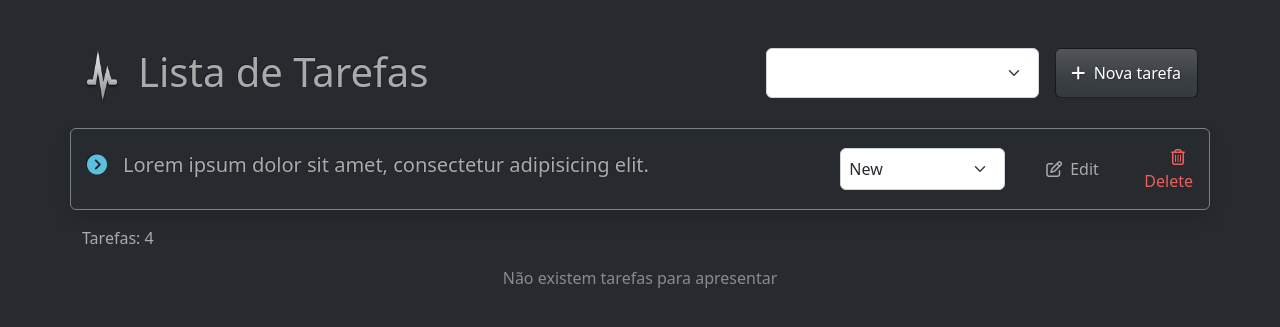
Repository: cargugati/lista_tarefas
Page: frontEnd/index.html
An editor plug-in stored every save of this project. The page is shown before and after the next save, followed by the edit.
The browser window is 1280 px wide. The pictures show the whole page.

Above is the page before, as saved 2023-03-18 23:08:50.

### frontEnd/index.html
<!DOCTYPE html>
<html lang="pt-br">

<head>
  <meta charset="UTF-8">
  <meta http-equiv="X-UA-Compatible" content="IE=edge">
  <meta name="viewport" content="width=device-width, initial-scale=1.0">
  <title>Lista de Tarefas</title>
  <link rel="stylesheet" href="./assets/css/bootstrap.min.css">
  <link rel="stylesheet" href="./assets/fontawesome/css/all.min.css">
  <link rel="shortcut icon" href="./assets/images/favicon.png" type="image/png">
</head>

<body>
  <div class="container my-5">

    <!-- cabeçalho -->
    <div class="row mb-4">
      <div class="col">
        <div class="d-flex justify-content-start">
          <img src="./assets/images/favicon.png" alt="Logo" class="img-fluid me-3" width="40px">
          <h1>Lista de Tarefas</h1>
        </div>

      </div>
      <div class="col text-end">
        <div class="d-flex justify-content-end">
          <select id="select_filter" class="form-select w-50 p-2 me-3">
            <option value=""></option>
            <option value="1">filtro 1</option>
          </select>
          <a href="new_task.html" class="btn btn-primary"><i class="fa-solid fa-plus me-2"></i>Nova tarefa</a>
        </div>
      </div>
    </div>

    <!-- aspecto visual de uma tarefa -->
    <div class="row mb-3">
      <div class="col-12 border border-secondary rounded p-3 shadow">
        <div class="row align-items-center">
          <div class="col-8">
            <div class="d-flex align-items-center">
              <h5 class="me-3 text-info"> <i class="fa-solid fa-circle-chevron-right"></i> </h5>
              <h5>Lorem ipsum dolor sit amet, consectetur adipisicing elit.</h5>
            </div>
          </div>
          <div class="col-2">
            <select id="task_status" class="form-select p-2">
              <option value="new">New</option>
              <option value="in progress">In progress</option>
              <option value="canceled">Canceled</option>
              <option value="done">Done</option>
            </select>
          </div>
          <div class="col-1 text-end"><i class="fa-regular fa-pen-to-square me-2"></i>Edit</div>
          <div class="col-1 text-end text-danger"><i class="fa-regular fa-trash-can me-2"></i>Delete</div>
        </div>
      </div>
    </div>

    <!-- total tarefas -->
    <div class="row">
      <div class="col">
        <p>Tarefas: <span>4</span></p>
      </div>
    </div>

    <!-- sem tarefa -->
    <div class="row " id="no_tasks">
      <div class="col text-center">
        <span class="opacity-75">Não existem tarefas para apresentar</span>
      </div>
    </div>
  </div>


  <script src="./assets/js/bootstrap.bundle.min.js"></script>
</body>

</html>

Loaded but not shown: frontEnd/assets/css/bootstrap.min.css (library); frontEnd/assets/fontawesome/css/all.min.css (library); frontEnd/assets/js/bootstrap.bundle.min.js (library)

After the next save:
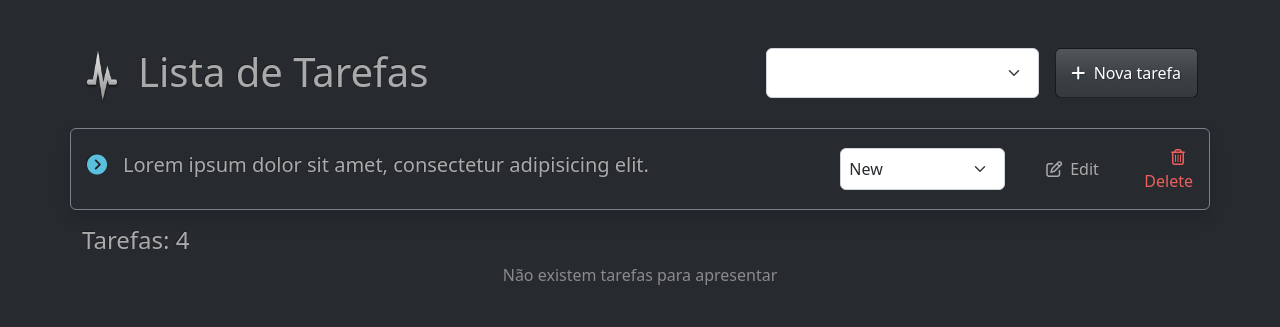
Saved 5 s later.
--- a/frontEnd/index.html
+++ b/frontEnd/index.html
@@ -61,7 +61,7 @@
     <!-- total tarefas -->
     <div class="row">
       <div class="col">
-        <p>Tarefas: <span>4</span></p>
+        <h4>Tarefas: <span>4</span></h4>
       </div>
     </div>
 
